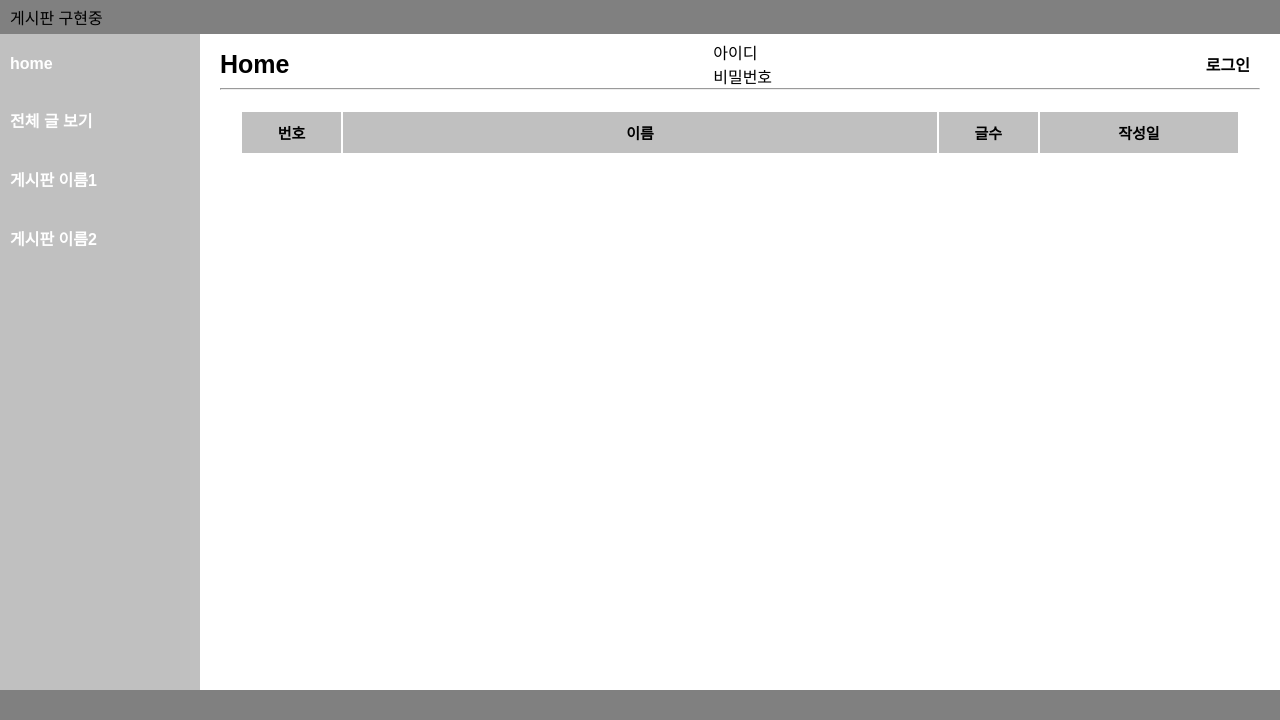
Repository: hyeon-jin-park/study
Page: work/internet_programing/Test_final/public/home.html
These files come from the project's save history. The page is drawn as it stood at one moment and after the next save; the edit follows.
The browser window is 1280 px wide. The pictures show the whole page.

Above is the page before, as saved 2025-03-16 09:23:58.

After the next save:
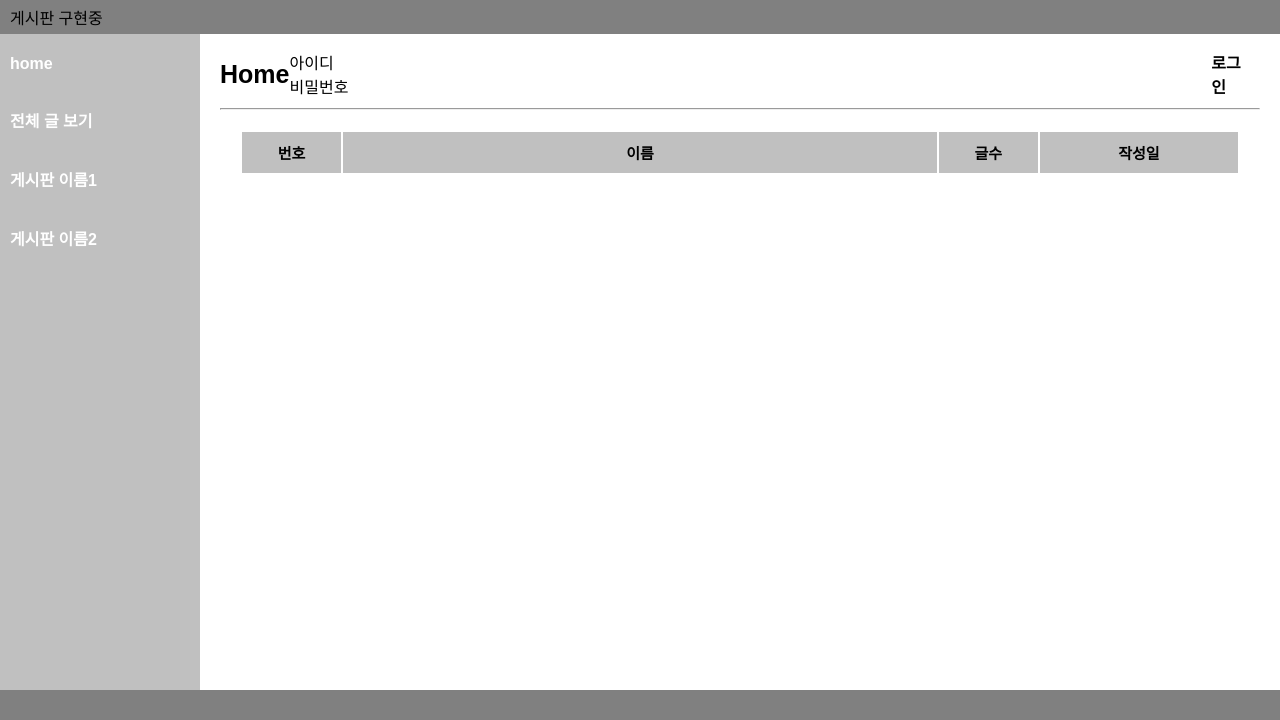
Saved 47 s later.
--- a/work/internet_programing/Test_final/public/home.html
+++ b/work/internet_programing/Test_final/public/home.html
@@ -35,7 +35,7 @@
     <div class="content">
     	<div class="board_title">
     		<h1>Home</h1>
-    			<ul>
+    			<ul class = "board">
     				<li>아이디</li>
     				<li>비밀번호</li>
     			</ul>
